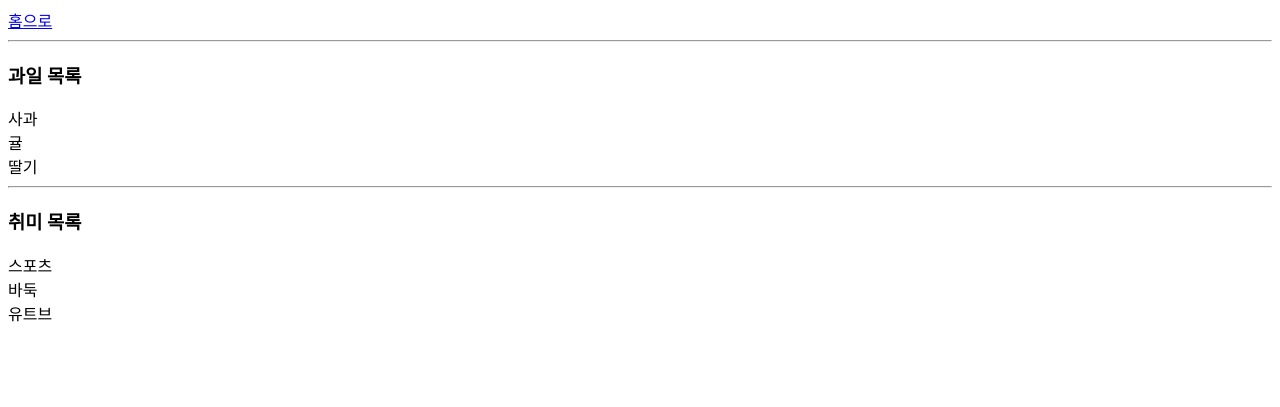
Repository: hyewoon/web
Page: http://localhost/servlet04/array/array_data.jsp
These files come from the project's save history. The page is drawn as it stood at one moment and after the next save; the edit follows.
The browser window is 1280 px wide. The pictures show the whole page.
The page is served by Tomcat 9.

Above is the page before, as saved 2022-11-17 07:09:25.

After the next save:
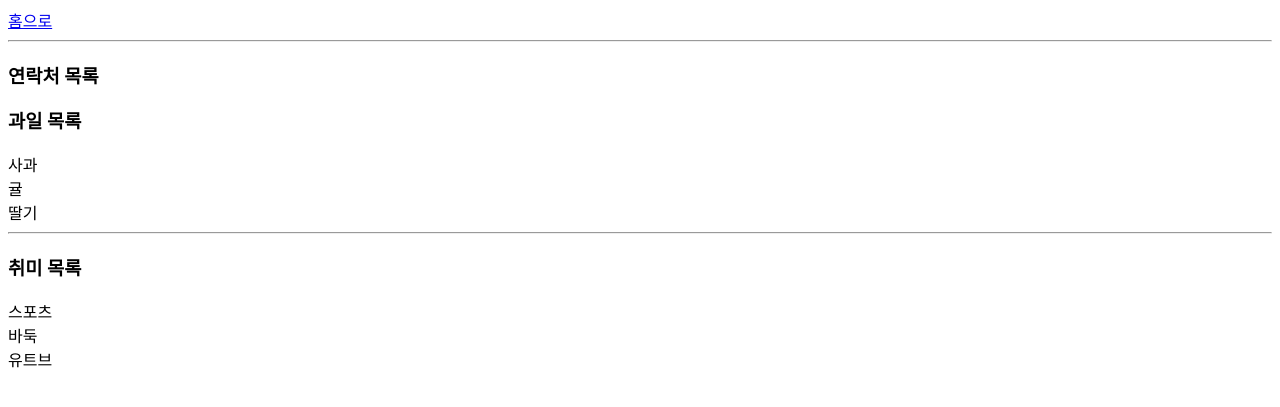
Saved 16 s later.
--- a/servlet04/src/main/webapp/array/array_result.jsp
+++ b/servlet04/src/main/webapp/array/array_result.jsp
@@ -9,6 +9,10 @@
 <body>
 <div><a href = '../'>홈으로</a></div>
 <hr>
+<h3>연락처 목록</h3>
+
+
+
 <h3>과일 목록</h3>
 <div>${fruits[0]}</div>
 <div>${fruits[1]}</div>
